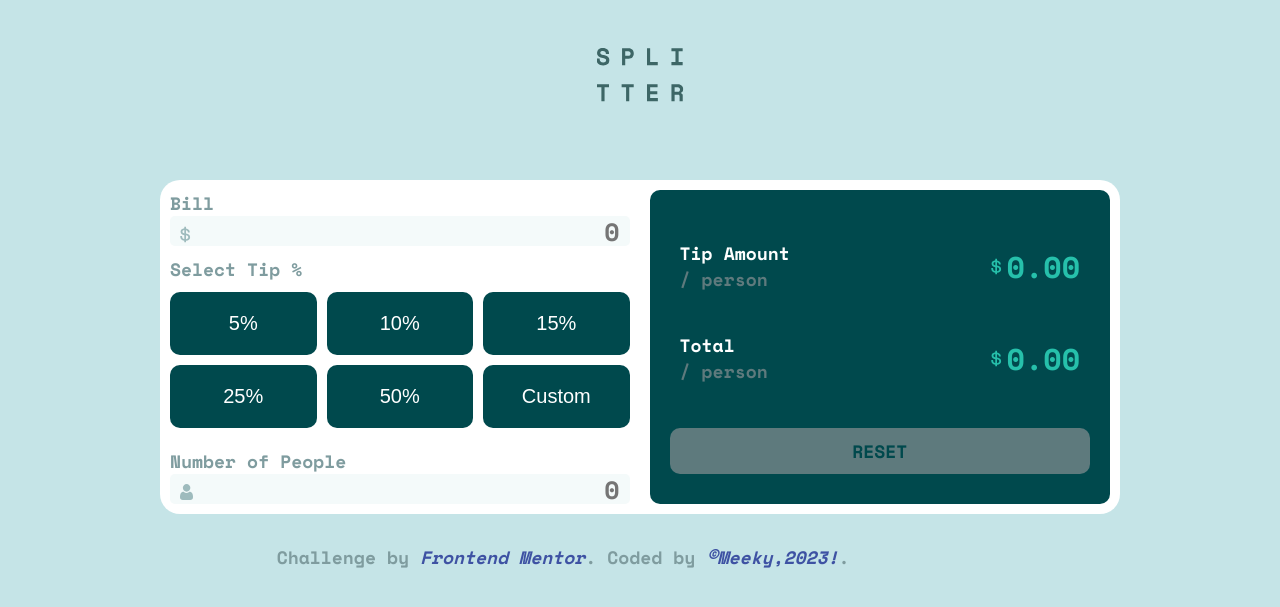
Repository: MeekyBerry/Frontend-Mentor-Challenges
Page: tip-calculator-app/index.html
An editor plug-in stored every save of this project. The page is shown before and after the next save, followed by the edit.
The browser window is 1280 px wide. The pictures show the whole page.

Above is the page before, as saved 2023-04-05 16:56:49.

After the next save:
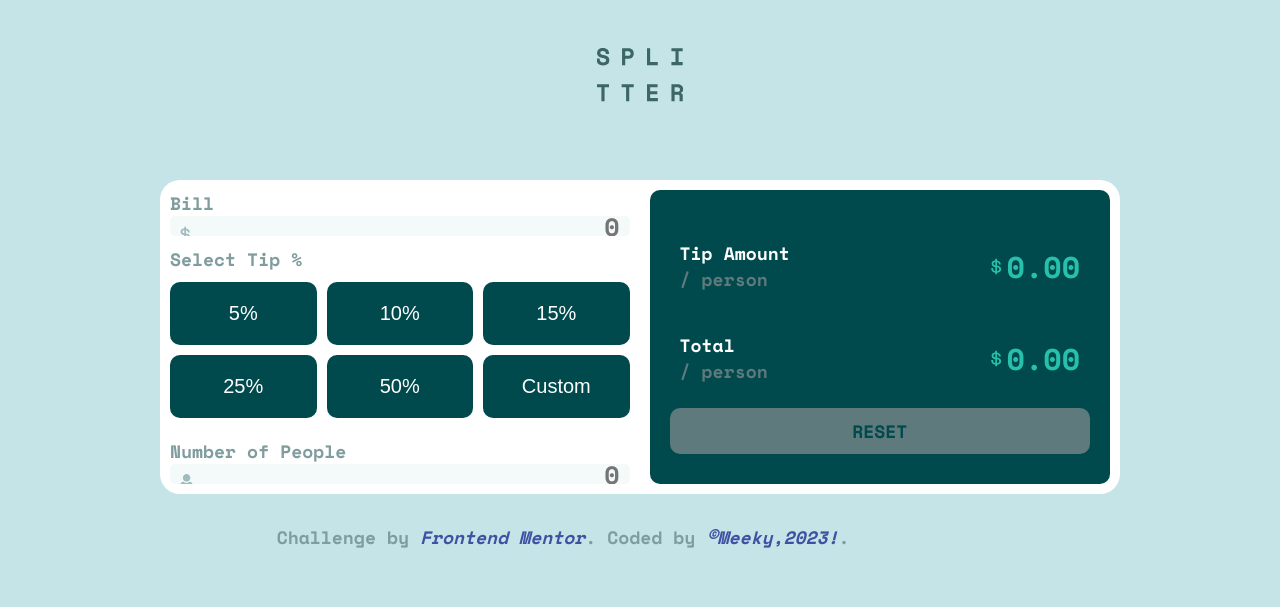
Saved 20 s later.
--- a/tip-calculator-app/css/style.css
+++ b/tip-calculator-app/css/style.css
@@ -82,14 +82,14 @@ label {
   justify-content: space-between;
   align-items: center;
   width: 100%;
-  height: 3rem;
+  height: 2rem;
   border: none;
   border-radius: .5rem;
   font-size: 2.5rem;
   font-family: "Space Mono", sans-serif;
   font-weight: 700;
   text-align: end;
-  padding: 0 1rem 0 3rem;
+  /* padding: 0 1rem 0 3rem; */
 }
 
 .input-bar:focus {
